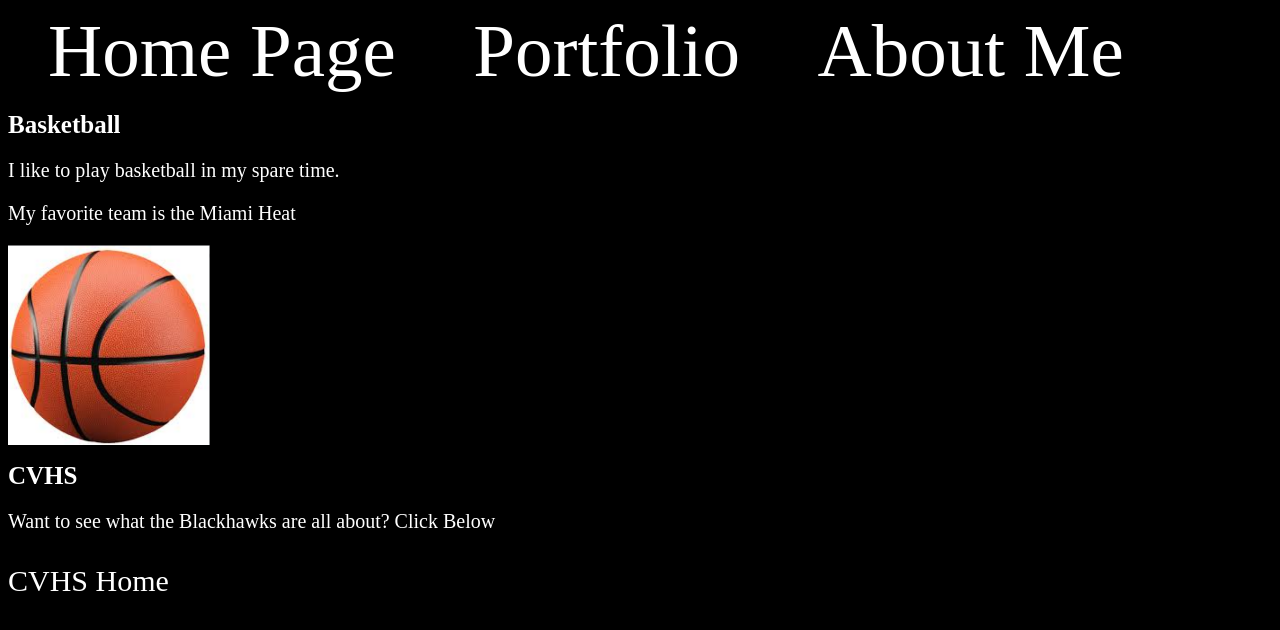
Repository: jacobhayman22/jacobhayman22.github.io
Page: about.html
The author's editor kept a record of every edit. The page is drawn from the files as they stood at one moment, then again after the next edit.
The browser window is 1280 px wide. The pictures show the whole page.

Above is the page before.

After the next edit:
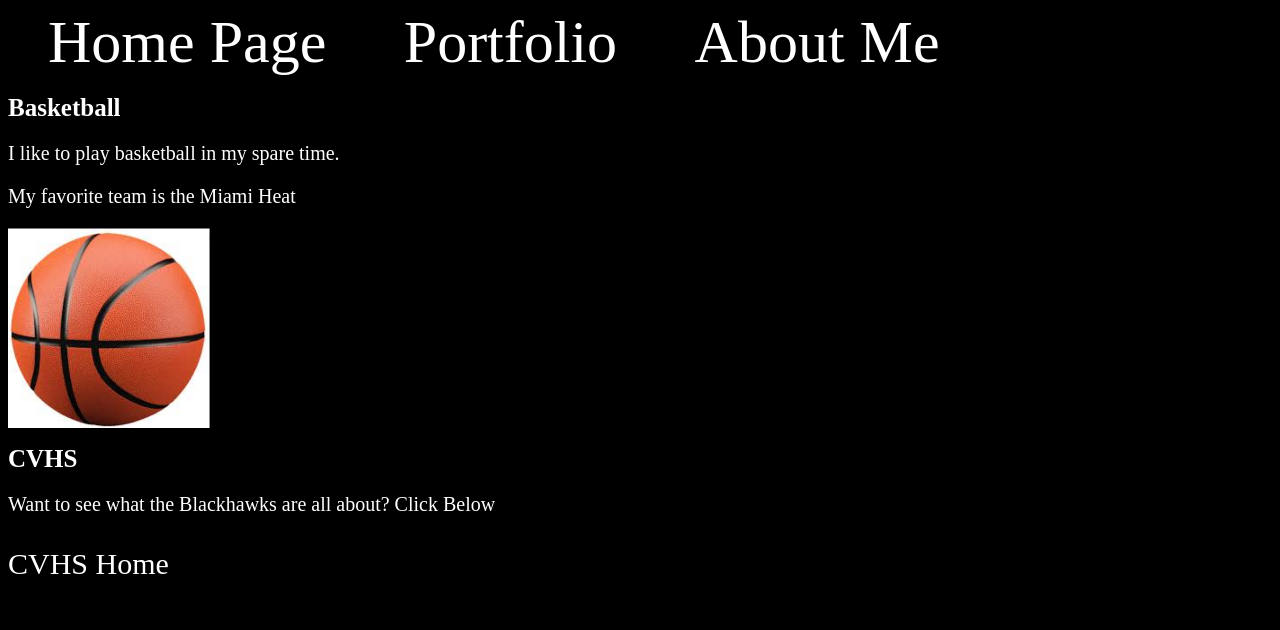
The edit:
--- a/style.css
+++ b/style.css
@@ -38,7 +38,7 @@
    }
    li{
     color:white ;
-    font-size: 2.5em
+    font-size: 2em
    }
    h2{
     color:white ;
